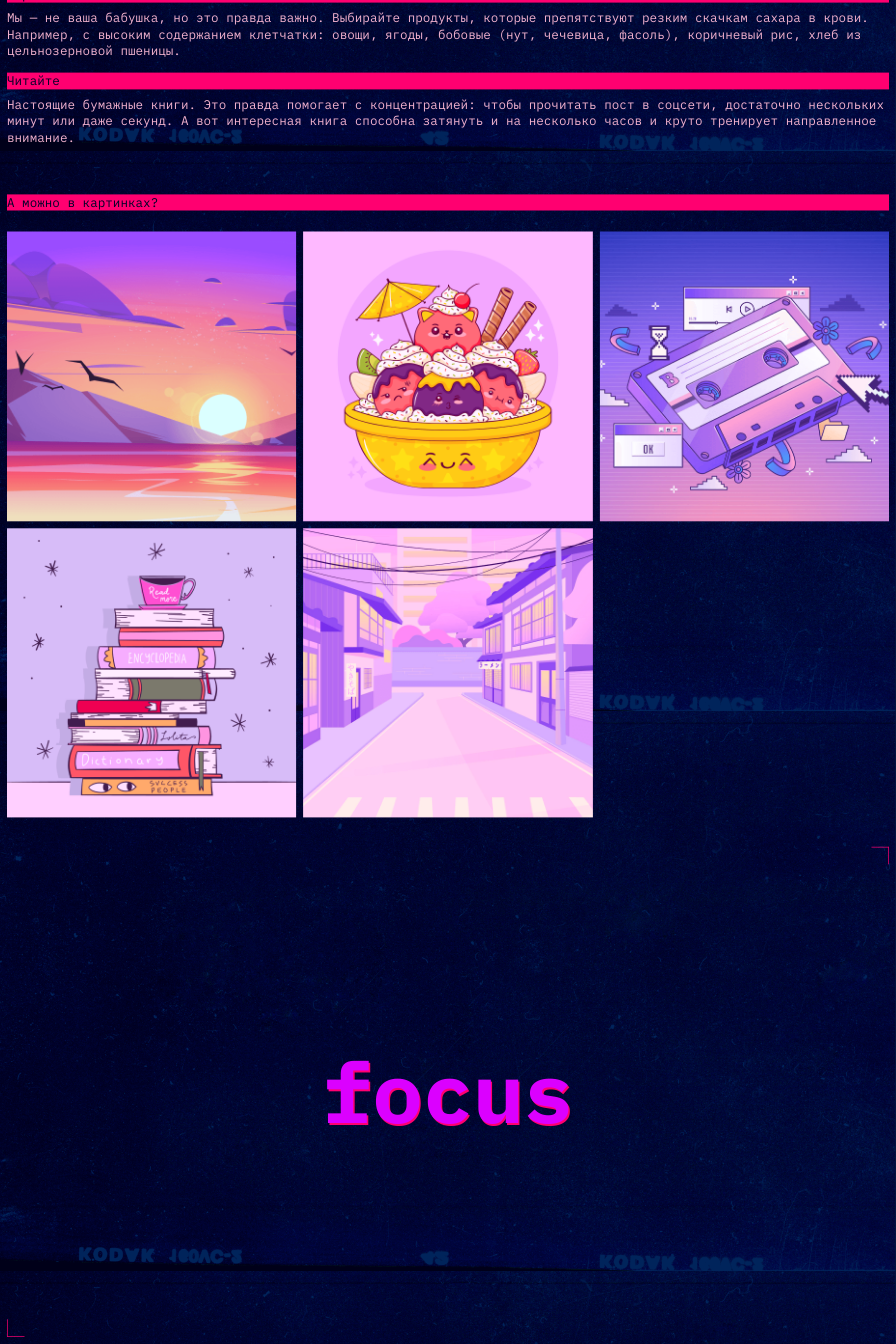
Repository: NikWolf75/slozhno-sosredotochitsya-fd
Page: index.html
These files come from the project's save history. The page is drawn as it stood at one moment and after a run of saves; the edit follows.
The browser window is 1280 px wide. The pictures show the part of the page from y = 2184 to 4104 px (the page is 4104 px tall before and 4084 px after), at 70% of full size.
Backgrounds fixed to the window are drawn as part of the page.

Above is the page before, as saved 2025-02-27 12:17:11.

### index.html
<!DOCTYPE html>
<html lang="ru">
  <head>
    <meta charset="UTF-8" />
    <meta http-equiv="X-UA-Compatible" content="IE=edge" />
    <meta name="viewport" content="width=device-width, initial-scale=1.0" />
    <meta name="color-scheme" content="dark light" />
    <link rel="stylesheet" href="/fonts/fonts.css" />
    <link rel="stylesheet" href="/styles/globals.css" />
    <link rel="stylesheet" href="/styles/variables.css" />
    <link rel="stylesheet" href="/styles/style.css" />
    <link rel="stylesheet" href="/styles/dark.css" />
    <link rel="stylesheet" href="/styles/light.css" />
    <link rel="icon" href="image/favicon.ico" />
    <title>Сложно сосредоточиться</title>
    <script src="./scripts/script.js"></script>
  </head>
  <body class="page">
    <div class="rec_element" aria-hidden="true"></div>
    <header class="header decorated-zone">
      <nav class="header__theme-menu">
        <ul class="header__theme-menu-list">
          <li class="header__theme-menu-item">
            <button
              class="header__theme-menu-button header__theme-menu-button_type_light"
            >
              День
            </button>
          </li>
          <li class="header__theme-menu-item">
            <button
              class="header__theme-menu-button header__theme-menu-button_active header__theme-menu-button_type_auto"
              disabled
            >
              Авто
            </button>
          </li>
          <li class="header__theme-menu-item">
            <button
              class="header__theme-menu-button header__theme-menu-button_type_dark"
            >
              Неон
            </button>
          </li>
        </ul>
      </nav>
      <h1 class="header__title">no focus</h1>
      <div class="header__undertitle title-decor">
        <p>Что делать, когда не можешь делать ничего</p>
        <p>
          Или почему нам так сложно сконцентрироваться, особенно когда очень
          надо
        </p>
      </div>
    </header>
    <main class="content">
      <section class="content__section content__why">
        <h2 class="content__section-title"> Почему сосредоточиться так сложно
        </h2>
        <article class="content__section-text_block">
          <h3 class="content__section-text_block-undertitle title-decor">
            Многозадачность
          </h3>
          <p class="content__section-text_block-text">
            Особенно сложно сосредоточиться, когда задач много и все они —
            важные. Где же легендарная многозадачность, когда она так нужна вам
            (и всем нанимающим менеджерам этого мира)? А дело в том, что её
            просто не существует. Исследователи
            <a class="link-text" href="#0">выяснили</a>,
            что мозгу тяжело концентрироваться даже на двух делах одновременно.
            А когда в поле внимания попадает несколько важных задач, организм
            паникует и выделяет кортизол и адреналин — «гормоны стресса».
            Из-за этого мы работаем невнимательно: ошибаемся и быстро устаём.
          </p>
        </article>
        <article class="content__section-text_block">
          <h3 class="content__section-text_block-undertitle title-decor">
            Дофамин
          </h3>
          <p class="content__section-text_block-text">
            С гормонами стресса всё понятно, но дальше — ещё интереснее. В нашей
            невозможности сосредоточиться замешана и полная противоположность
            стрессу — дофамин. Это вещество участвует в системе вознаграждения
            мозга. Причём тут он? Мы часто отвлекаемся от важной задачи на
            что-то более «приятное» для мозгов. Например, смотрим лайки в
            соцсетях. В это время и выделяется дофамин — и мы чувствуем
            удовольствие. Получается замкнутый круг: чем больше отвлекаешься,
            тем больше удовольствия получаешь.
          </p>
        </article>
      </section>
      <section class="content__section content__what">
        <h2 class="content__section-title">
          Что снижает концентрацию внимания?
        </h2>
        <article class="content__section-text_block">
          <h3 class="content__section-text_block-undertitle title-decor">
            Многозадачность
          </h3>
          <p class="content__section-item-text">
            Как концентрация может снижаться из-за… концентрации? Любая
            стрессовая ситуация (и резко меняющийся мир в целом) заставляет наш
            мозг постоянно «сканировать» окружающую среду на предмет опасности.
            Например, читать новости вместо работы. Но быть собранными всё время
            — невозможно. Концентрация — мышца, и она может не выдержать, если
            не давать ей отдохнуть.
          </p>
        </article>
        <article class="content__section-text_block">
          <h3 class="content__section-text_block-undertitle title-decor">
            Еда
          </h3>
          <p class="content__section-text_block-text">
            «Быстрые углеводы» — сахар, белый хлеб, сладости — молниеносно
            доставляют в мозг энергию и помогают ему лучше работать. Но уходит
            эта энергия также быстро, как и приходит. А мы в результате попадаем
            на «углеводные качели»: как только действие «быстрых углеводов»
            заканчивается, мы чувствуем усталость и сонливость. И хотим ещё
            больше быстрых углеводов.
          </p>
        </article>
        <article class="content__section-text_block">
          <h3 class="content__section-text_block-undertitle title-decor">
            Гаджеты
          </h3>
          <p class="content__section-text_block-text">
            Да-да, это та самая ситуация, когда на экране ноутбука — код, в
            наушниках — подкаст, а на компьютере фоном — ещё и видео с забавными
            утятами. В результате мозг пытается переключиться с одной задачи на
            другую — и просто не может. А чтобы вернуться к состоянию полной
            концентрации, человеку в среднем нужно 20 минут. Вот и получается,
            что чем больше времени мы проводим в гаджетах, тем больше времени
            затем нужно, чтобы вернуться к работе.
          </p>
        </article>
      </section>
      <section class="content__section content_how">
        <h2 class="content__section-title">
          Как концентрироваться лучше, чем золотая рыбка (то есть дольше трёх
          секунд)
        </h2>
        <article class="content__section-text_block">
          <h3
            class="content__section-text_block-undertitle tips-undertitle title-decor"
          >
            5 простых (на самом деле не очень) советов
          </h3>
          <h4 class="content__section-text_block-undertitle title-decor">
            Представьте небо и облака
          </h4>
          <p class="content__section-text_block-text">
            Или листья в ручье. Тут дело в лёгкой медитации, которая помогает
            успокоиться. Ведь часто именно тревожные мысли о сложных задачах как
            раз и мешают эти сложные задачи делать. В такие моменты можно
            закрыть глаза и представить, что чистое небо — это вы, а облака —
            тревожные мысли. И сколько бы их ни было — ясное небо всегда будет
            где-то там, за тучами, и никуда не денется. Это упражнение поможет
            вернуться в настоящий момент, а не волноваться о потенциальных
            проблемах из будущего.
          </p>
        </article>
        <article class="content__section-text_block">
          <h4 class="content__section-text_block-undertitle title-decor">
            Включите музыку
          </h4>
          <p class="content__section-text_block-text">
            Но не любую, и не любимую. Любимая может быть связана с сильными
            положительными эмоциями, которые тоже очень сильно отвлекают.
            Подойдёт тихая, спокойная, умеренно-ритмичная. Можно вообще
            попробовать включить плейлист с «белым шумом» или нейромузыкой.
          </p>
        </article>
        <article class="content__section-text_block">
          <h4 class="content__section-text_block-undertitle title-decor">
            Прогуляйтесь
          </h4>
          <p class="content__section-text_block-text">
            Или даже пробегитесь. Лучше найти парк или лес: один эксперимент
            <a class="link-text" href="#0">показал</a>, что созерцание природы повышает концентрацию, в то время
            как после просмотра городских пейзажей она наоборот понижается.
            Можно совместить прогулку с физическими упражнениями или бегом — так
            в мозг поступит ещё больше кислорода и он будет лучше работать. Но и
            простая двадцатиминутная прогулка — тоже отличный вариант.
          </p>
        </article>
        <article class="content__section-text_block">
          <h4 class="content__section-text_block-undertitle title-decor">
            Хорошо ешьте
          </h4>
          <p class="content__section-text_block-text">
            Мы — не ваша бабушка, но это правда важно. Выбирайте продукты,
            которые препятствуют резким скачкам сахара в крови. Например, с
            высоким содержанием клетчатки: овощи, ягоды, бобовые (нут, чечевица,
            фасоль), коричневый рис, хлеб из цельнозерновой пшеницы.
          </p>
        </article>
        <article class="content__section-text_block">
          <h4 class="content__section-text_block-undertitle title-decor">
            Читайте
          </h4>
          <p class="content__section-text_block-text">
            Настоящие бумажные книги. Это правда помогает с концентрацией: чтобы
            прочитать пост в соцсети, достаточно нескольких минут или даже
            секунд. А вот интересная книга способна затянуть и на несколько
            часов и круто тренирует направленное внимание.
          </p>
        </article>
      </section>
      <section class="content__section content__gallery">
        <h2 class="content__section-text_block-undertitle title-decor">
          А можно в картинках?
        </h2>
        <div class="content__section-images_gallery">
          <img
            class="content__section-image"
            src="./images/sunset.png"
            alt="Вид острова на закате"
            loading="lazy"
          />
          <img
            class="content__section-image"
            src="./images/ice-cream.png"
            alt="Чаша с мороженным"
            loading="lazy"
          />
          <img
            class="content__section-image"
            src="./images/tape.png"
            alt="Кассета"
            loading="lazy"
          />
          <img
            class="content__section-image"
            src="./images/books.png"
            alt="Стопка книг"
            loading="lazy"
          />
          <img
            class="content__section-image"
            src="./images/street.png"
            alt="Улица"
            loading="lazy"
          />
        </div>
      </section>
    </main>
    <footer class="footer decorated-zone">
      <h2 class="footer__title">focus</h2>
    </footer>
  </body>
</html>

### styles/variables.css
:root {
  --title-color: #ff0070;
  --main-font: 'IBM Plex mono';
  --main-font-size: 18px;
  --title-font-weight: 700;
  --text-font-weight: 400;
  --main-padding-small: 10px;
}

### styles/style.css
.page {
  font-family: var(--main-font, 'IBM Plex mono');
  font-size: var(--main-font-size, 18px);
  block-size: min-content;
  position: relative;
  font-weight: 400;
  background-color: var(--main-background-color, #000028 );
  background-image: var(--main-background-image, url("../images/cover-image-dark.png"));
  background-repeat: no-repeat;
  background-attachment: fixed;
  background-position: center;
  background-size: cover;
  line-height: 1.3em;
  color: var(--main-font-color, #F1B2CE);
 }

.decorated-zone {
  position: relative;
}

.decorated-zone::after,
.decorated-zone::before {
  position: absolute;
  inline-size: 25px;
  block-size: 25px;
  content: "";
  border: 1px solid var(--corner-color);
}

.decorated-zone::after {
  bottom: 10px;
  left: 10px;
  border-bottom: 1px solid var(--rectangle-color, #ff0070);
  border-left: 1px solid var(--rectangle-color, #ff0070);
}

.decorated-zone::before {
  top: 10px;
  right: 10px;
  border-top: 1px solid var(--rectangle-color, #ff0070);
  border-right: 1px solid var(--rectangle-color, #ff0070);
}

.rec_element {
  position: absolute;
  display: flex;
  align-items: center;
  justify-content: center;
  top: 10px;
  right: 20px;
  color: var(--rec-theme-color, #ff0070);
  gap: 10px;
}

.rec_element:before {
  content: "REC";
}

.rec_element:after {
  display: block;
  content: "";
  border-radius: 50%;
  background: var(--accent-color, #ff0070);
  width: 10px;
  height: 10px;
  box-shadow: 0 0 4px 2px var(--accent-color, #ff0070)
}

.header {
  display: grid;
  grid-template-columns: 1fr;
  grid-template-rows: 1fr min-content 1fr;
  align-items: center;
  position: relative;
  block-size: min(668px, 100vh);
  padding: var(--main-padding-small, 10px);
  margin-block-end: 40px;
 }

.header__theme-menu-list {
  display: flex;
  flex-direction: column;
  align-items: end;
  block-size: 100%;
  row-gap: 10px;
}

.header__theme-menu-button {
  text-align: center;
  background: transparent;
  color: var(--button-text-color);
  border: none;
  text-transform: lowercase;
  padding-right: 13px;
  padding-left: 13px;
}

.header__theme-menu-bitton:hover {
  outline: 1px solid var(--button-outline-color)
}

.header__theme-menu-button_active {
  outline: 1px solid var(--button-theme-color, #ff0070);
}

.header__theme-menu-button:focus {
  outline: none;
  text-decoration: underline;
}

.header__title {
  font-size: clamp(7.25rem, 7.0115rem + 1.0178vw, 7.5rem);
  line-height: 83%;
  color: var(--accent-color-title, #db00ff);
  text-shadow: 4px 4px 0 var(--accent-color, #ff0070);
  cursor: default;
}

.header__undertitle {
  font-size: var(--main-font), monospace;
  font-weight: var(--title-font-weight, 700);
  border-bottom: none;
  border-left: none;
}

.title-decor {
  color: var(--undertitle-color, #000028);
  background-color: var(--title-color, #ff0070);
}

.content {
  display: grid;
  padding: 0 var(--main-padding-small, 10px);
  grid-template-columns: 1fr;
  gap: 50px;
}

.content__section {
  display: grid;
  grid-template-columns: 1fr;
  row-gap: 20px;
}

.content__section-title {
  justify-self: start;
  color: var(--title-color, #ff0070);
}

.content__section-text_block-undertitle,
.content__section-title {
  font-size: var(--main-font-size, 18px);
  font-weight: var(--title-font-weight, 700);
}

.content__section-text_block-undertitle {
  margin-block-end: 10px;
  height: min-content;
}

.content__section-text_block-text {
  font-weight: var(--text-font-weight, 400);
}

.link-text {
  text-decoration: none;
  text-shadow: 2px 1px var(--accent-color, #ff0070);
}

.link-text:hover {
  cursor: pointer;
  border-block-end: 1px solid currentColor;
}

.link-text:focus-visible {
  border: 1px solid currentColor;
}

.content_how,
.tips-undertitle {
  font-weight: var(--title-font-weight, 400);
  margin-block-end: 20px;
}

.content__how,
.content__section-text_block-undertitle {
  font-weight: 400;
}

.content__section-text

.content__gallery {
  gap: 0;
}

.content__section-images_gallery {
  display: grid;
  grid-template-columns: repeat(auto-fill, minmax(355px, 1fr));
  gap: 10px;
  inline-size: 100%;
}

.content__section-image {
  inline-size: 100%;
  object-fit: cover;
  block-size: 100%;
}

.footer {
  position: relative;
  display: grid;
  block-size: 100vh;
  min-block-size: 668px;
  grid-template-columns: 1fr;
  margin-block-start: 32px;
}

.footer__title {
  font-size: var(--title-font-size-small, clamp(7.25rem, 7.0115rem + 1.0178vw, 7.5rem));
  font-weight: var(--title-font-weight, 700);
  line-height: 95.7%;
  align-self: center;
  cursor: default;
  color: var(--accent-color-title, #db00ff);
  text-shadow: 2px 2px 0 var(--accent-color, #ff0070);
  justify-self: center;

}

### scripts/script.js
(function initTheme() {
  const theme = localStorage.getItem('theme');
  if (theme) {
    setTheme(theme);
  }
})();

document.addEventListener('DOMContentLoaded', () => {
  const currentTheme = [...document.documentElement.classList]
    .find((cn) => cn.startsWith('theme-'))
    ?.replace('theme-', '');
  const themeButtons = [
    ...document.querySelectorAll('.header__theme-menu-button'),
  ];
  setActiveButton(themeButtons, currentTheme);

  themeButtons.forEach((button) => {
    button.addEventListener('click', () => {
      const chosenTheme = [...button.classList]
        .find((cn) => cn.includes('_type_'))
        .split('_type_')[1];
      setTheme(chosenTheme);
      setActiveButton(themeButtons, chosenTheme);
    });
  });
});

function setTheme(theme) {
  document.documentElement.className = '';
  document.documentElement.classList.add(`theme-${theme}`);
  localStorage.setItem('theme', theme);
}

function setActiveButton(buttonsArray, theme) {
  buttonsArray.forEach((button) => {
    button.classList.remove('header__theme-menu-button_active');
    button.removeAttribute('disabled');
  });
  const target = buttonsArray.find((button) =>
    button.classList.contains(`header__theme-menu-button_type_${theme}`)
  );
  if (target) {
    target.classList.add('header__theme-menu-button_active');
    target.setAttribute('disabled', true);
  } else {
    const autoButton = document.querySelector(
      '.header__theme-menu-button_type_auto'
    );
    autoButton.classList.add('header__theme-menu-button_active');
    autoButton.setAttribute('disabled', true);
  }
}

Loaded but not shown: fonts/fonts.css (common file); styles/globals.css (common file); styles/dark.css (common file); styles/light.css (common file)

After the next 11 saves:
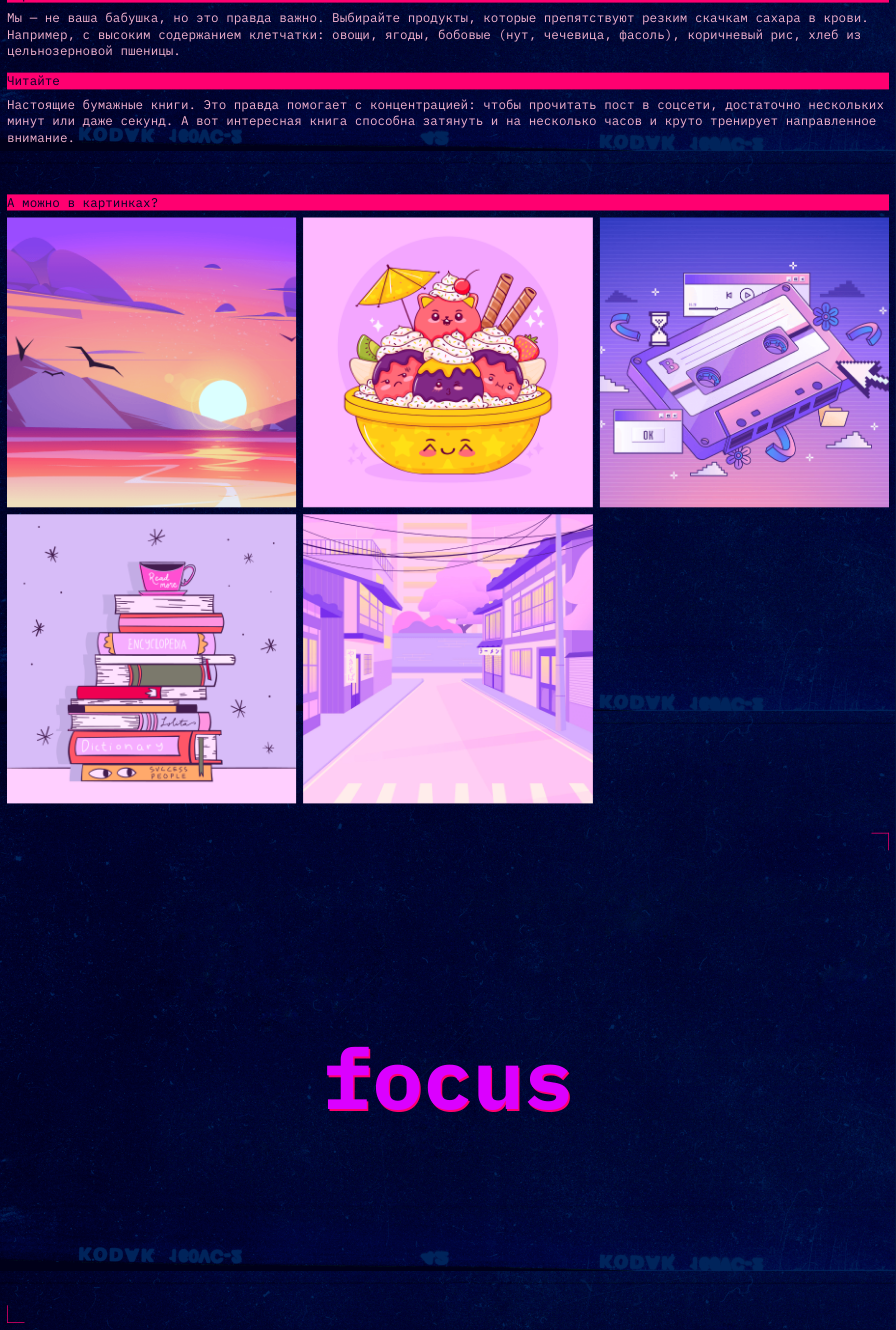
The 11 saves are shown as one change because they came seconds apart.
The last was saved 29 s later.
--- a/styles/style.css
+++ b/styles/style.css
@@ -186,7 +186,9 @@
   font-weight: 400;
 }
 
-.content__section-text
+.content__section-text_block p:not(:nth-of-type(1)) {
+  margin
+}
 
 .content__gallery {
   gap: 0;
